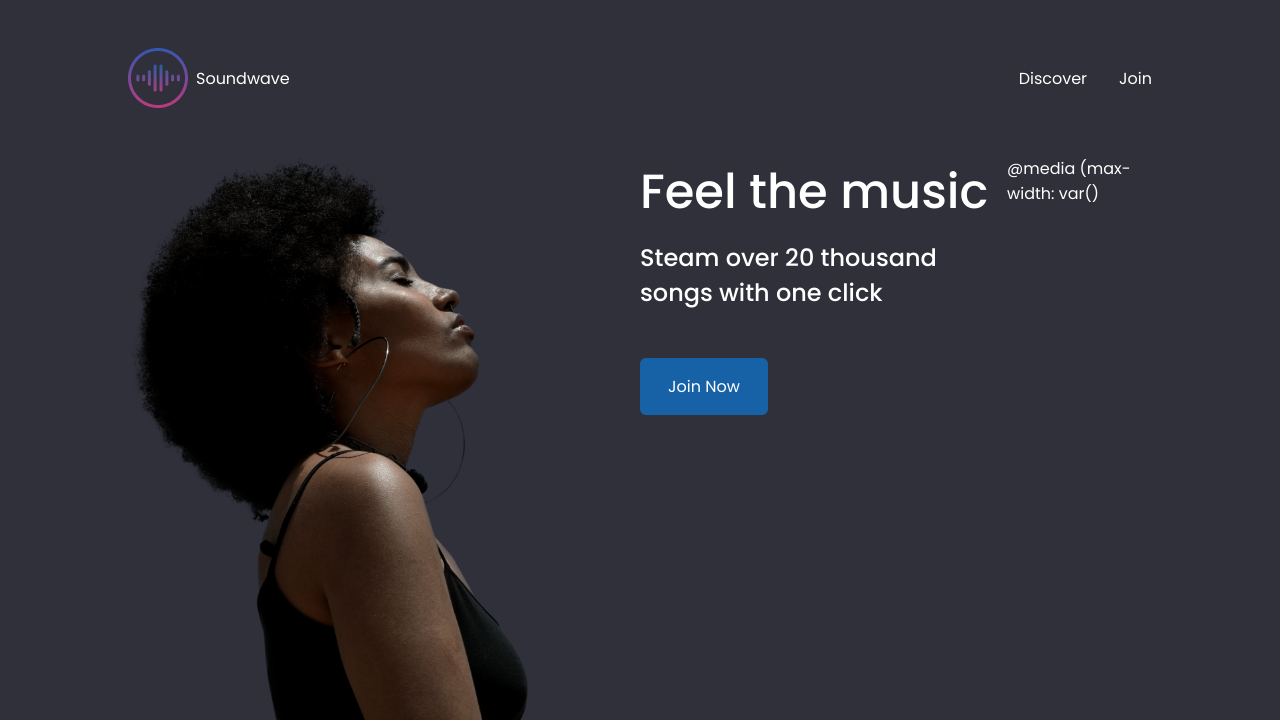
Repository: Hiiiij/soundwave
Page: pages/index.html
These files come from the project's save history. The page is drawn as it stood at one moment and after a run of saves; the edit follows.
The browser window is 1280 px wide. The pictures show the whole page.

Above is the page before, as saved 2020-06-30 13:29:13.

After the next 3 saves:
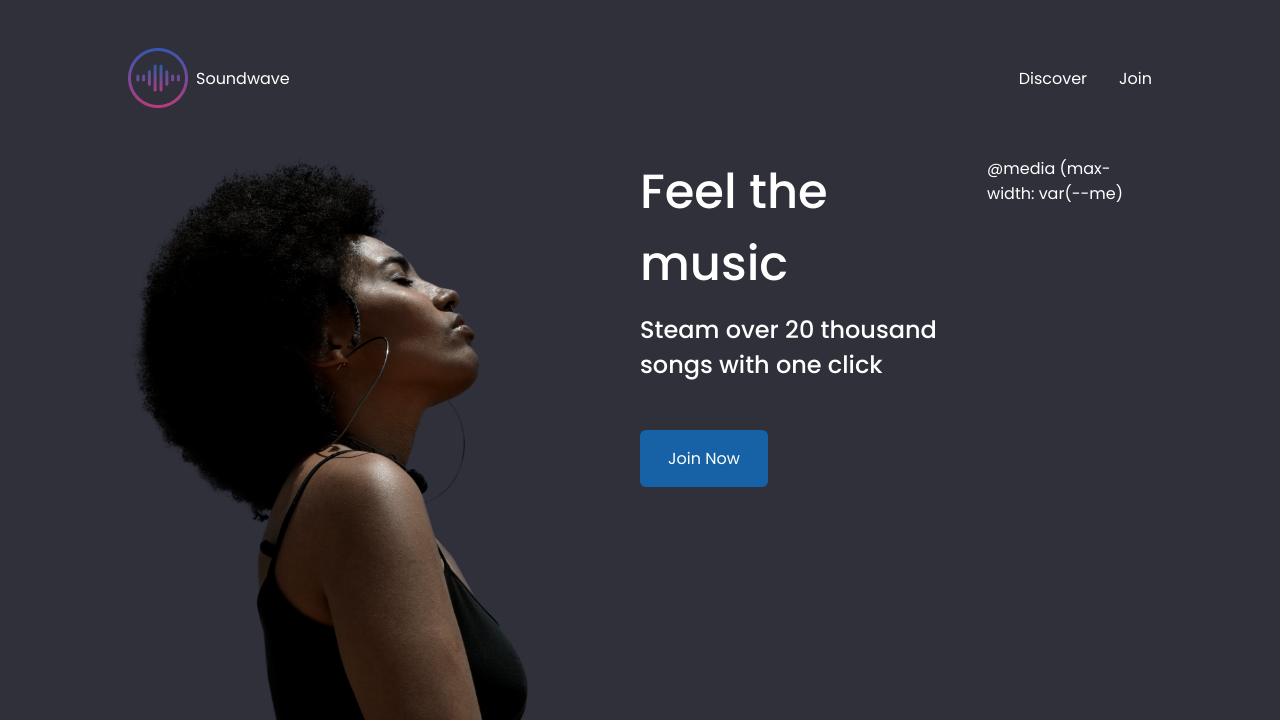
The 3 saves are shown as one change because they came seconds apart.
The last was saved 11 s later.
--- a/pages/index.html
+++ b/pages/index.html
@@ -37,7 +37,7 @@
         <a href="/pages/join.html" class="button-primary">Join Now</a>
       </div>
 
-    @media (max-width: var()
+    @media (max-width: var(--me)
 
     </section>
   </body>
